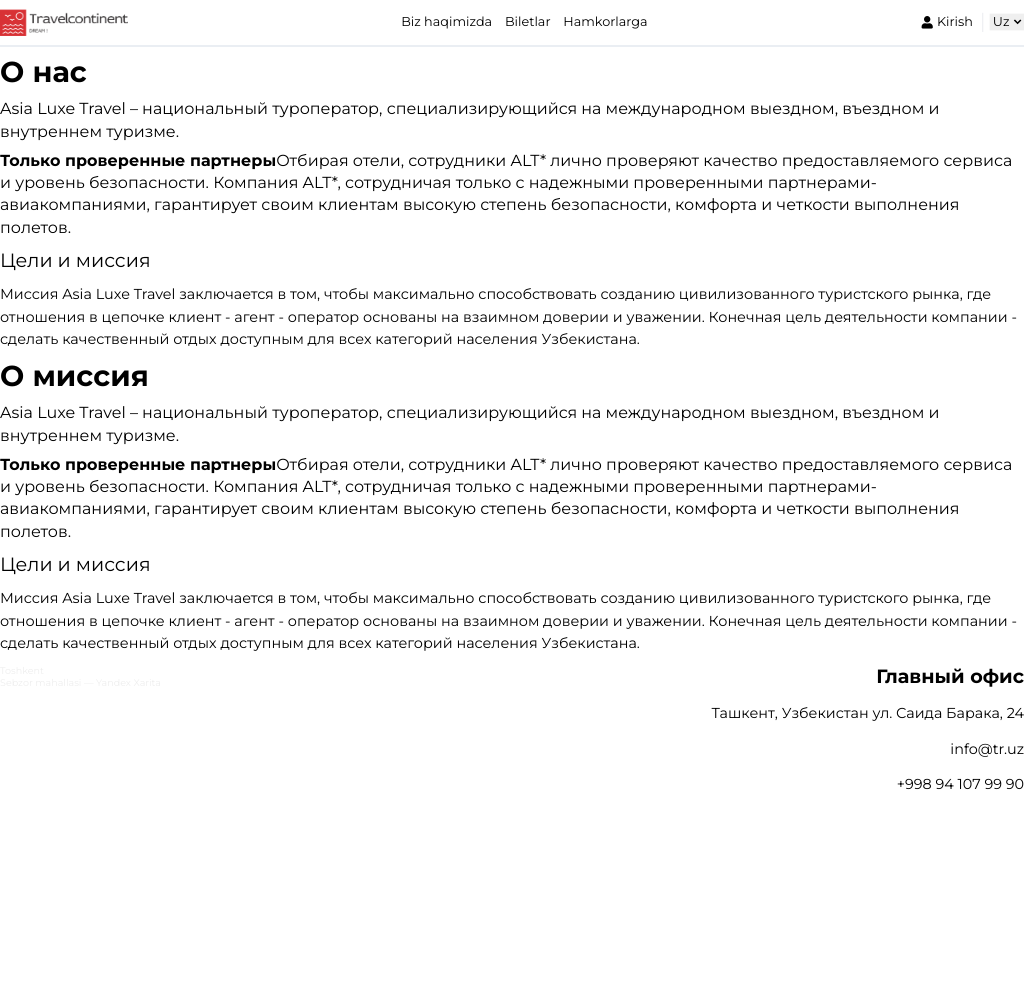
Repository: ziyodbek0300/avia-sales_
Page: /about-us
The author's editor kept a copy of each file at every save. The page is drawn from the files as they stood at one save, then again after the next save.
The browser window is 1280 px wide. The pictures show the whole page, at 80% of full size.
The project was rebuilt for these pictures with package versions that can differ from the ones it lists, and the page was loaded fresh each time. Also part of the build but not shown: src/containers/home/Home.jsx.

Above is the page before, as saved 2022-06-04 00:53:50.

### src/index.js
import React from 'react';
import ReactDOM from 'react-dom/client';
import './index.scss';
import App from './App';
import { BrowserRouter } from 'react-router-dom';

// Import the functions you need from the SDKs you need
import { initializeApp } from "firebase/app";

const firebaseConfig = {
  apiKey: "AIzaSyCh8iVwHAk4edTRMCTfsixFgQGgbxiQ__o",
  authDomain: "travelcontinent-6deec.firebaseapp.com",
  projectId: "travelcontinent-6deec",
  storageBucket: "travelcontinent-6deec.appspot.com",
  messagingSenderId: "267962106998",
  appId: "1:267962106998:web:0326271bfbdab5676e8b57"
};

// Initialize Firebase
const app = initializeApp(firebaseConfig);
const root = ReactDOM.createRoot(document.getElementById('root'));
root.render(
  <React.StrictMode>
    <BrowserRouter>
      <App />
    </BrowserRouter>
  </React.StrictMode>
)

### src/index.scss
@tailwind base;
@tailwind components;
@tailwind utilities;
// font by google fonts
@import url('https://fonts.googleapis.com/css2?family=Montserrat:ital,wght@0,100;0,200;0,300;0,400;0,500;0,600;0,700;0,800;0,900;1,100;1,200;1,300;1,400;1,500;1,600;1,700;1,800;1,900&display=swap');

* {
  font-family: 'Montserrat', sans-serif;
}

code {
  font-family: source-code-pro, Menlo, Monaco, Consolas, 'Courier New',
    monospace;
}

.card-filter-courses {
  top: 5rem !important;
}

.card {
  grid-row: 1 / 3;
  background-size: cover;
  background-repeat: no-repeat;
}

/*main courses */
.main-courses {
  display: grid;
  grid-template-columns: 1fr 1fr;
  grid-template-rows: 10rem 10rem;
  grid-gap: 1rem;
}

.main-courses div:first-child {
  grid-row: 1 / 3;
}

.main-courses div {
  background-repeat: no-repeat;
  background-size: cover;
  background-image: linear-gradient(rgba(0, 0, 0, 0.1), rgba(0, 0, 0, 0.1));
  color: #fff;
}

.bg-custom {
  background: #f4f8fa !important;
}

### src/App.js
import { Route, Routes } from "react-router-dom";
import Navbar from "./components/navbar/Navbar";
import About from "./containers/about/About";
import Home from "./containers/home/Home";

function App() {
  return (
    <div>
      <Navbar />
      <Routes>
        <Route path="/" element={<Home />} />
        <Route path="/about-us" element={<About />} />
      </Routes>
    </div>
  );
}

export default App;

### src/components/navbar/Navbar.jsx
import React from 'react'
import { FaUser } from 'react-icons/fa';
import { NavLink } from 'react-router-dom';
import Logo from '../../static/images/logo.png'

function Navbar() {
    return (
        <div className='border-b border-b-slate-300 py-3'>
            <nav className=' flex justify-between items-center max-w-7xl mx-auto'>
                <div className="logo">
                    <img src={Logo} className="w-40" alt="logo" />
                </div>
                <ul className='flex gap-4'>
                    <li>
                        <NavLink to='/about-us'>Biz haqimizda</NavLink>
                    </li>
                    <li>Biletlar</li>
                    <li>Hamkorlarga</li>
                </ul>
                <ul className='flex gap-2'>
                    <li className='flex items-center border-r pr-3'>
                        <FaUser />&nbsp;Kirish
                    </li>
                    <li>
                        <select name="lang" id="lang" className='border-slate-500'>
                            <option value="uz">Uz</option>
                            <option value="uz">Ru</option>
                            <option value="uz">En</option>
                        </select>
                    </li>
                </ul>
            </nav>
        </div>
    )
}

export default Navbar

### src/containers/about/About.jsx
import React from 'react'

function About() {
    return (
        <div className='max-w-7xl mx-auto'>
            <div className='my-3'>
                <p className='text-4xl font-bold mb-3'>О нас</p>
                <p className='text-xl mb-2'>
                    Asia Luxe Travel – национальный туроператор, специализирующийся на международном выездном, въездном и внутреннем туризме.
                </p>
                <p className='text-xl'>
                    <b>Только проверенные партнеры</b>
                    Отбирая отели, сотрудники ALT* лично проверяют качество предоставляемого сервиса и уровень безопасности. Компания ALT*, сотрудничая только с надежными проверенными партнерами-авиакомпаниями, гарантирует своим клиентам высокую степень безопасности, комфорта и четкости выполнения полетов.
                </p>
                <p className='text-2xl font-normal my-3'>Цели и миссия</p>
                <p className='text-lg'>
                    Миссия Asia Luxe Travel заключается в том, чтобы максимально способствовать созданию цивилизованного туристского рынка, где отношения в цепочке клиент - агент - оператор основаны на взаимном доверии и уважении. Конечная цель деятельности компании - сделать качественный отдых доступным для всех категорий населения Узбекистана.
                </p>
            </div>
            <div className='my-3'>
                <p className='text-4xl font-bold mb-3'>О миссия</p>
                <p className='text-xl mb-2'>
                    Asia Luxe Travel – национальный туроператор, специализирующийся на международном выездном, въездном и внутреннем туризме.
                </p>
                <p className='text-xl'>
                    <b>Только проверенные партнеры</b>
                    Отбирая отели, сотрудники ALT* лично проверяют качество предоставляемого сервиса и уровень безопасности. Компания ALT*, сотрудничая только с надежными проверенными партнерами-авиакомпаниями, гарантирует своим клиентам высокую степень безопасности, комфорта и четкости выполнения полетов.
                </p>
                <p className='text-2xl font-normal my-3'>Цели и миссия</p>
                <p className='text-lg'>
                    Миссия Asia Luxe Travel заключается в том, чтобы максимально способствовать созданию цивилизованного туристского рынка, где отношения в цепочке клиент - агент - оператор основаны на взаимном доверии и уважении. Конечная цель деятельности компании - сделать качественный отдых доступным для всех категорий населения Узбекистана.
                </p>
            </div>
            <div className='my-3 grid grid-cols-3 gap-4'>
                <div className='col-start-1 col-end-3 w-full' style={{ position: "relative", overflow: "hidden" }}><a className='w-full' href="https://yandex.com/maps/10335/tashkent/?utm_medium=mapframe&utm_source=maps" style={{ color: "#eee", fontSize: "12px", position: "absolute", top: "0px" }}>Toshkent</a><a href="https://yandex.com/maps/10335/tashkent/?ll=69.252730%2C41.330730&mode=whatshere&utm_medium=mapframe&utm_source=maps&whatshere%5Bpoint%5D=69.248940%2C41.333729&whatshere%5Bzoom%5D=14.18&z=14.18" style={{ color: "#eee", fontSize: "12px", position: "absolute", top: "14px" }} className="w-full">Sebzor mahallasi — Yandex Xarita</a><iframe className='w-full' src="https://yandex.com/map-widget/v1/-/CCUJu-CGwD" width="560" height="400" frameBorder="1" allowFullScreen={true} style={{ position: "relative" }}></iframe></div>
                <div className='flex flex-col gap-4 text-right'>
                    <p className='text-2xl font-bold'>Главный офис</p>
                    <p className='text-lg'>Ташкент, Узбекистан ул. Саида Барака, 24</p>
                    <p className='text-lg'>info@tr.uz</p>
                    <p className='text-lg'>+998 94 107 99 90</p>
                </div>
            </div>
        </div>
    )
}

export default About

Loaded but not shown: public/index.html (common file); tailwind.config.js (common file)

After the next save:
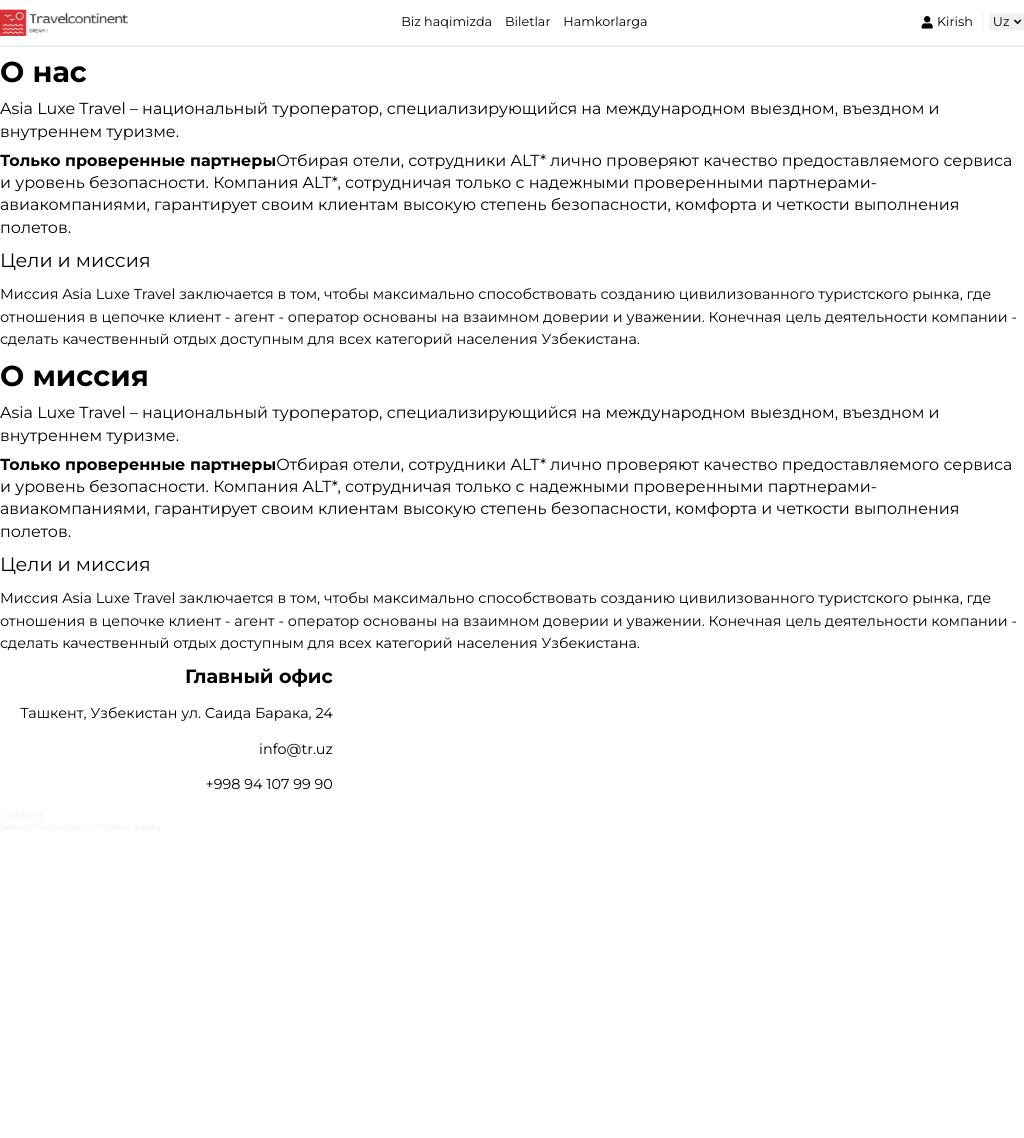
Saved 13 s later.
--- a/src/containers/about/About.jsx
+++ b/src/containers/about/About.jsx
@@ -32,13 +32,13 @@
                 </p>
             </div>
             <div className='my-3 grid grid-cols-3 gap-4'>
-                <div className='col-start-1 col-end-3 w-full' style={{ position: "relative", overflow: "hidden" }}><a className='w-full' href="https://yandex.com/maps/10335/tashkent/?utm_medium=mapframe&utm_source=maps" style={{ color: "#eee", fontSize: "12px", position: "absolute", top: "0px" }}>Toshkent</a><a href="https://yandex.com/maps/10335/tashkent/?ll=69.252730%2C41.330730&mode=whatshere&utm_medium=mapframe&utm_source=maps&whatshere%5Bpoint%5D=69.248940%2C41.333729&whatshere%5Bzoom%5D=14.18&z=14.18" style={{ color: "#eee", fontSize: "12px", position: "absolute", top: "14px" }} className="w-full">Sebzor mahallasi — Yandex Xarita</a><iframe className='w-full' src="https://yandex.com/map-widget/v1/-/CCUJu-CGwD" width="560" height="400" frameBorder="1" allowFullScreen={true} style={{ position: "relative" }}></iframe></div>
                 <div className='flex flex-col gap-4 text-right'>
                     <p className='text-2xl font-bold'>Главный офис</p>
                     <p className='text-lg'>Ташкент, Узбекистан ул. Саида Барака, 24</p>
                     <p className='text-lg'>info@tr.uz</p>
                     <p className='text-lg'>+998 94 107 99 90</p>
                 </div>
+                <div className='col-start-1 col-end-3 w-full' style={{ position: "relative", overflow: "hidden" }}><a className='w-full' href="https://yandex.com/maps/10335/tashkent/?utm_medium=mapframe&utm_source=maps" style={{ color: "#eee", fontSize: "12px", position: "absolute", top: "0px" }}>Toshkent</a><a href="https://yandex.com/maps/10335/tashkent/?ll=69.252730%2C41.330730&mode=whatshere&utm_medium=mapframe&utm_source=maps&whatshere%5Bpoint%5D=69.248940%2C41.333729&whatshere%5Bzoom%5D=14.18&z=14.18" style={{ color: "#eee", fontSize: "12px", position: "absolute", top: "14px" }} className="w-full">Sebzor mahallasi — Yandex Xarita</a><iframe className='w-full' src="https://yandex.com/map-widget/v1/-/CCUJu-CGwD" width="560" height="400" frameBorder="1" allowFullScreen={true} style={{ position: "relative" }}></iframe></div>
             </div>
         </div>
     )
